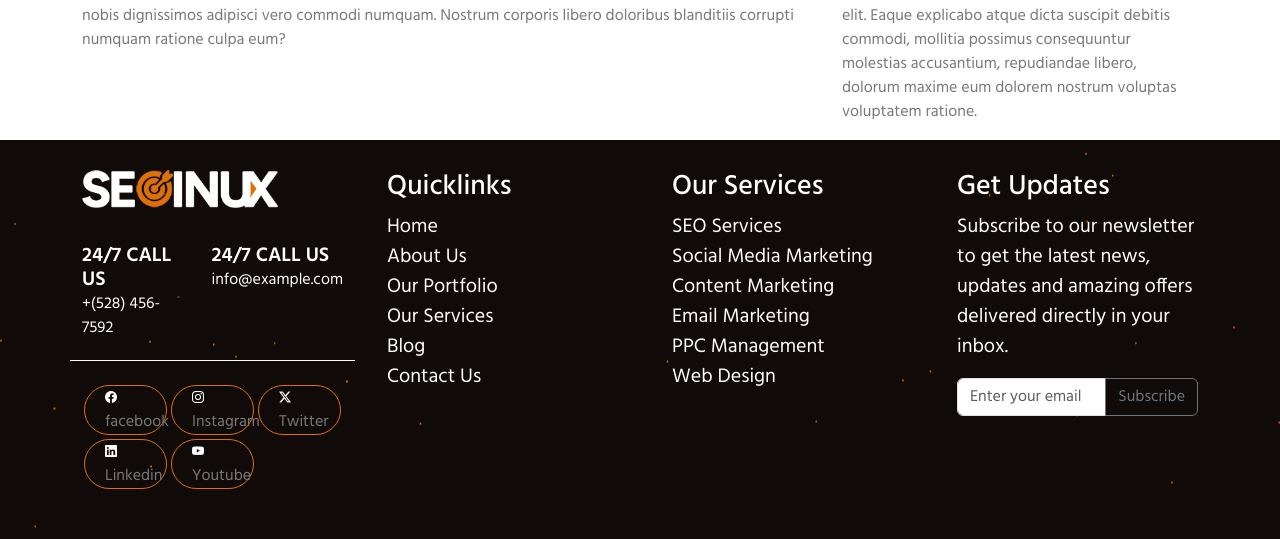
Repository: tagnam/seoinox
Page: about.html
An editor plug-in stored every save of this project. The page is shown before and after a run of saves, followed by the edit.
The browser window is 1280 px wide. The pictures show the part of the page from y = 3019 to 3631 px (the page is 3558 px tall before and 3631 px after).
A picture or video elsewhere on the page could not be fetched, so the positions and the page height are approximate. Backgrounds fixed to the window are drawn as part of the page.

Above is the page before, as saved 2025-02-26 11:03:23.

### about.html
<!DOCTYPE html>
<html lang="en">
<head>
    <meta charset="UTF-8">
    <meta name="viewport" content="width=device-width, initial-scale=1.0">
    <title>SEOINOX</title>
    <link href="https://cdn.jsdelivr.net/npm/bootstrap@5.3.3/dist/css/bootstrap.min.css" rel="stylesheet" integrity="sha384-QWTKZyjpPEjISv5WaRU9OFeRpok6YctnYmDr5pNlyT2bRjXh0JMhjY6hW+ALEwIH" crossorigin="anonymous">
    <link rel="stylesheet" href="style/css/style.css">
    <link rel="stylesheet" href="style/css/responsive.css">
    <link rel="stylesheet" href="style/css/animation.css">
</head>


<body>
  <header>
    <nav class="navbar navbar-expand-lg ">
        <div class="container-fluid">
          <a class="navbar-brand" href="#"><img src="images/main-logo-sec.png" width="100%" alt=""></a>
          <button class="navbar-toggler" type="button" data-bs-toggle="collapse" data-bs-target="#navbarSupportedContent" aria-controls="navbarSupportedContent" aria-expanded="false" aria-label="Toggle navigation">
            <span class="navbar-toggler-icon"></span>
          </button>
          <div class="collapse navbar-collapse custom-navbar-collapse" id="navbarSupportedContent">
            <ul class="navbar-nav custom-navbar-nav">
              <li class="nav-item">
                <a class="nav-link active" aria-current="page" href="/">Home</a>
              </li>
              <li class="nav-item">
                <a class="nav-link" href="about.html">About US</a>
              </li>
              <li class="nav-item">
                <a class="nav-link" href="portfolio.html">Our Portfolio</a>
              </li>
              <li class="nav-item">
                <a class="nav-link" href="service.html">Our Services</a>
              </li>
              <li class="nav-item">
                <a class="nav-link" href="blog.html">Blog</a>
              </li>
              <li class="nav-item">
                <a class="nav-link" href="contact.html">Contact Us</a>
              </li>
            </ul>
            <div class="d-flex" role="search">
                    <div class="menu-icon">
                        <div class="menu-icon-item"> </div>
                        <div class="menu-icon-item"></div>
                        <div class="menu-icon-item"></div>
                    </div>
            </div>
          </div>
        </div>
      </nav>
  </header>


<!--====================================== start hero section  ============================-->
 <section class="inner-page-hero-section">
    <div class="container">
        <div class="row">
                <div class="col-lg-12" style="z-index: 10;">
                    <div class="page-title">
                        <h2> About Us</h2>
                    </div>
                </div>
        </div>
    </div>
    <div class="overlay"></div>
 </section>

<!--====================================== end hero section  ============================-->

  <!--====================================== start about section  ============================-->
  <section class="about-section">
    <div class="container">
      <div class="row">
        <div class="col-lg-6" style="height: 800px;">
          <div class="about-img-container">
            <img src="images/about-image.png" alt="">
          </div>
        </div>
        <div class="col-lg-6">

          <div class="about-content-container">
            <div class="about-content">
              <h2 class="about-main-heading" style="text-align: start;">About Us</h2>
              <p class="about-sub-heading" style="text-align: start ; line-height: 80px;">Lorem ipsum dolor sit amet</p>
          </div>
          <p>At the core of our journey lies a commitment to driving growth fueled by a combination of expertise and passion. We believe growth is not just about numbers—it's about creating meaningful impact, fostering innovation, and building relationships that last. Our team brings a wealth of knowledge, experience, and dedication to every project.</p>
          <div class="about-card card">
            <div class="row g-4">
              <div class="col" style="background-color: #F7F7F7; border-radius: 15px;  ">
                <div class="card-body mission-vission">
                  <h5 class="card-title">Our Mission</h5>
                  <p class="card-text">Lorem ipsum dolor sit amet, consectetur adipiscing elit. </p>
                </div>
              </div>
              <div class="col" >
                <div class="card-body mission-vission">
                  <h5 class="card-title">Our Vision</h5>
                  <p class="card-text">Lorem ipsum dolor sit amet, consectetur adipiscing elit. </p>
                </div>
              </div>
            </div>
          </div>
        </div>
        </div>
      </div>
    </div>
  </section>

    <!--====================================== end about section  ============================-->
    <div class="clearfix"></div>


    <!--====================================== start choice  section  ============================-->

<section class="ab-page-choice-section">
<div class="container">
  <div class="row">
    <div class="col-lg-6" style="padding: 0px 50px;">
      <div class="about-content" >
        <h2 class="about-main-heading" style="text-align: start;">About Us</h2>
        <p class="about-sub-heading" style="text-align: start ; line-height: 80px; color: #fff;">Lorem ipsum dolor sit amet</p>
        <p style="text-align: start; color: #F7F7F7;">At the core of our journey lies a commitment to driving growth fueled by a combination of expertise and passion. We believe growth is not just about numbers—it's about creating meaningful impact, fostering innovation, and building relationships that last. Our team brings a wealth of knowledge, experience, and dedication to every project.</p>

    </div>
    </div>
    <div class="col-lg-6" style="padding: 0px 50px;">
      <div class="row row-cols-1 row-cols-md-2 g-4">
        <div class="col">
            <div class="card-body" style="color: #fff;">
              <h5 class="card-title choice-num">60<span>M</span></h5>
              <p class="card-text">Lorem ipsum dolor sit amet, consectetur adipiscing elit. </p>
          </div>
        </div>
        <div class="col">
          <div class="card-body" style="color: #fff;">
            <h5 class="card-title choice-num">80<span>%</span></h5>
            <p class="card-text">Lorem ipsum dolor sit amet, consectetur adipiscing elit. </p>
        </div>
        </div>
        <div class="col">
          <div class="card-body" style="color: #fff;">
            <h5 class="card-title choice-num">95<span>%</span> </h5>
            <p class="card-text">Lorem ipsum dolor sit amet, consectetur adipiscing elit. </p>
        </div>
        </div>
        <div class="col">
          <div class="card-body" style="color: #fff;">
            <h5 class="card-title choice-num">75<span>K</span> </h5>
            <p class="card-text">Lorem ipsum dolor sit amet, consectetur adipiscing elit. </p>
        </div>
        </div>
      </div>
    </div>
  </div>
</div>

</section>

        <!--====================================== end choice section  ============================-->

  <!--====================================== start choose section  ============================-->


  <section class="choose-section">
    <div class="container">
      <div class="row">
          <div class="col-lg-6 d-flex align-items-center">
              <div class="about-content">
                  <h2 class="about-main-heading" style="text-align: start;">Why Choose Us</h2>
                  <p class="about-sub-heading" style="text-align: start; font-size: 50px;">Lorem ipsum dolor sit amet</p>
                  <p  style="text-align: start;">Lorem ipsum dolor sit amet consectetur adipisicing elit. Eveniet, impedit ipsum laborum reiciendis numquam, fugit asperiores quaerat blanditiis voluptate deleniti rerum quae est accusantium dolor quibusdam repellendus in cumque ut!</p>

              </div>
          </div>
          <div class="col-lg-6">
            <div class="chooise-card-container">
              <div class="card chooise-card mb-5" >
                <div class="row g-0">
                  <div class="col-md-3">
                    <div class="choice-img-container">
                      <img src="images/step1.png" class="img-fluid" alt="...">
                    </div>
                  </div>
                  <div class="col-md-9">
                    <div class="card-body">
                      <h5 class="card-title choice-title">Card title</h5>
                      <p class="card-text">This is a wider card with supporting text below as a natural lead-in to additional content. This content is a little bit longer.</p>
                    </div>
                  </div>
                </div>
              </div>
              <div class="card chooise-card mb-5" >
                <div class="row g-0">
                  <div class="col-md-3">
                    <div class="choice-img-container">
                      <img src="images/step1.png" class="img-fluid" alt="...">
                    </div>
                  </div>
                  <div class="col-md-9">
                    <div class="card-body">
                      <h5 class="card-title choice-title">Card title</h5>
                      <p class="card-text">This is a wider card with supporting text below as a natural lead-in to additional content. This content is a little bit longer.</p>
                    </div>
                  </div>
                </div>
              </div>
              <div class="card chooise-card mb-5" >
                <div class="row g-0">
                  <div class="col-md-3">
                    <div class="choice-img-container">
                      <img src="images/step1.png" class="img-fluid" alt="...">
                    </div>
                  </div>
                  <div class="col-md-9">
                    <div class="card-body">
                      <h5 class="card-title choice-title">Card title</h5>
                      <p class="card-text">This is a wider card with supporting text below as a natural lead-in to additional content. This content is a little bit longer.</p>
                    </div>
                  </div>
                </div>
              </div>
              <div class="card chooise-card mb-5" >
                <div class="row g-0">
                  <div class="col-md-3">
                    <div class="choice-img-container">
                      <img src="images/step1.png" class="img-fluid" alt="...">
                    </div>
                  </div>
                  <div class="col-md-9">
                    <div class="card-body">
                      <h5 class="card-title choice-title">Card title</h5>
                      <p class="card-text">This is a wider card with supporting text below as a natural lead-in to additional content. This content is a little bit longer.</p>
                    </div>
                  </div>
                </div>
              </div>
            </div>
          </div>
      </div>
  </div>
</section>

  <!--====================================== end choose section  ============================-->
  <div class="clearfix"></div>

  <!--====================================== start team section  ============================-->

  <section>
    <div class="container">
      <div class="row">
        <div class="col-lg-8">
          <p>Lorem ipsum, dolor sit amet consectetur adipisicing elit. Aliquam cupiditate vitae iusto omnis nostrum nobis dignissimos adipisci vero commodi numquam. Nostrum corporis libero doloribus blanditiis corrupti numquam ratione culpa eum?</p>
        </div>
        <div class="col-lg-4">
          <p>Lorem ipsum dolor sit amet consectetur adipisicing elit. Eaque explicabo atque dicta suscipit debitis commodi, mollitia possimus consequuntur molestias accusantium, repudiandae libero, dolorum maxime eum dolorem nostrum voluptas voluptatem ratione.</p>
        </div>
      </div>
    </div>
  </section>
  <!--====================================== end team section  ============================-->











<footer>
  <div class="container">
    <div class="row">
      <div class="col">
        <figure>
          <img src="images/main-logo.png" alt="" style="width: 75%;">
        </figure>
        <div class="row" style="padding: 20px 0px; border-bottom: 1px solid #fff;">
          <div class="col">
            <h4 class="footer-heading">24/7 CALL US</h4>
            <a href="" class="footer-link">+(528) 456-7592</a>
          </div>
          <div class="col">
            <h4 class="footer-heading">24/7 CALL US</h4>
            <a href="" class="footer-link">info@example.com</a>
          </div>
        </div>
        <div class="social-container row-cols-md-3  row g-1">
          <div class="col">
            <div class="social-icon"> <span><i class="bi bi-facebook"></i></span> facebook </div>
          </div>
          <div class="col">
            <div class="social-icon"> <span><i class="bi bi-instagram"></i></span> Instagram </div>
          </div>
          <div class="col">
            <div class="social-icon"> <span><i class="bi bi-twitter-x"></i></span> Twitter </div>
          </div>
          <div class="col">
            <div class="social-icon"> <span><i class="bi bi-linkedin"></i></span> Linkedin</div>
          </div>
          <div class="col">
            <div class="social-icon"> <span><i class="bi bi-youtube"></i></span> Youtube</div>
          </div>
        </div>
      </div>
      <div class="col">
          <div class="footer-content-heading">
              <h3><i class="ri-circle-fill"></i> Quicklinks</h3>
              <ul class="footer-list">
                <li><i class="ri-arrow-right-double-line"></i> <a class="footer-link" href="">Home</a></li>
                <li><i class="ri-arrow-right-double-line"></i> <a class="footer-link" href="">About Us</a></li>
                <li><i class="ri-arrow-right-double-line"></i> <a class="footer-link" href="">Our Portfolio</a></li>
                <li><i class="ri-arrow-right-double-line"></i> <a class="footer-link" href="">Our Services</a></li>
                <li><i class="ri-arrow-right-double-line"></i> <a class="footer-link" href="">Blog</a></li>
                <li><i class="ri-arrow-right-double-line"></i> <a class="footer-link" href="">Contact Us</a></li>
          </div>
      </div>
      <div class="col">
        <div class="footer-content-heading">
          <h3><i class="ri-circle-fill"></i> Our Services</h3>
            <ul class="footer-list">
              <li><i class="ri-arrow-right-double-line"></i> <a class="footer-link" href="">SEO Services</a></li>
              <li><i class="ri-arrow-right-double-line"></i> <a class="footer-link" href="">Social Media Marketing</a></li>
              <li><i class="ri-arrow-right-double-line"></i> <a class="footer-link" href="">Content Marketing</a></li>
              <li><i class="ri-arrow-right-double-line"></i> <a class="footer-link" href="">Email Marketing</a></li>
              <li><i class="ri-arrow-right-double-line"></i> <a class="footer-link" href="">PPC Management</a></li>
              <li><i class="ri-arrow-right-double-line"></i> <a class="footer-link" href="">Web Design</a></li>
            </ul>
      </div>
      </div>
      <div class="col">
        <div class="footer-content-heading">
          <h3><i class="ri-circle-fill"></i> Get Updates</h3>
          <p>Subscribe to our newsletter to get the latest news, updates and amazing offers delivered directly in your inbox.</p>
          <form action="">
            <div class="input-group mb-3">
              <input type="text" class="form-control" placeholder="Enter your email" aria-label="Recipient's username" aria-describedby="button-addon2">
              <button class="btn btn-outline-secondary" type="button" id="button-addon2">Subscribe</button>
            </div>
          </form>

      </div>
      </div>
    </div>
  </div>
</footer>
<script src="https://cdn.jsdelivr.net/npm/bootstrap@5.3.3/dist/js/bootstrap.bundle.min.js" integrity="sha384-YvpcrYf0tY3lHB60NNkmXc5s9fDVZLESaAA55NDzOxhy9GkcIdslK1eN7N6jIeHz" crossorigin="anonymous"></script>
<script src="https://unpkg.com/@studio-freight/lenis@1.0.42/dist/lenis.min.js"></script>

<script src="style/js/custom.js"></script>
</body>
</html>

Loaded but not shown: style/js/custom.js (12 lines, source omitted); style/css/style.css (593 lines, source omitted); style/css/responsive.css (no stored copy; drawn as an empty file); style/css/animation.css (no stored copy; drawn as an empty file)

After the next 2 saves:
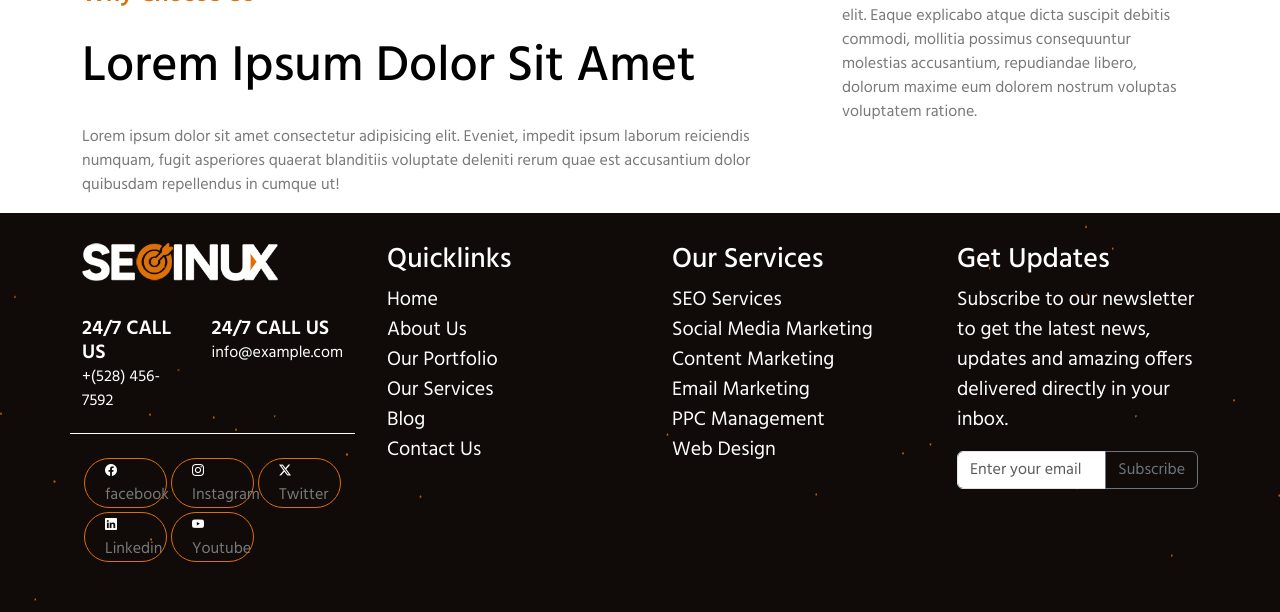
The 2 saves are shown as one change because they came seconds apart.
The last was saved 37 s later.
--- a/about.html
+++ b/about.html
@@ -251,7 +251,12 @@
     <div class="container">
       <div class="row">
         <div class="col-lg-8">
-          <p>Lorem ipsum, dolor sit amet consectetur adipisicing elit. Aliquam cupiditate vitae iusto omnis nostrum nobis dignissimos adipisci vero commodi numquam. Nostrum corporis libero doloribus blanditiis corrupti numquam ratione culpa eum?</p>
+          <div class="about-content">
+            <h2 class="about-main-heading" style="text-align: start;">Why Choose Us</h2>
+            <p class="about-sub-heading" style="text-align: start; font-size: 50px;">Lorem ipsum dolor sit amet</p>
+            <p  style="text-align: start;">Lorem ipsum dolor sit amet consectetur adipisicing elit. Eveniet, impedit ipsum laborum reiciendis numquam, fugit asperiores quaerat blanditiis voluptate deleniti rerum quae est accusantium dolor quibusdam repellendus in cumque ut!</p>
+
+        </div>
         </div>
         <div class="col-lg-4">
           <p>Lorem ipsum dolor sit amet consectetur adipisicing elit. Eaque explicabo atque dicta suscipit debitis commodi, mollitia possimus consequuntur molestias accusantium, repudiandae libero, dolorum maxime eum dolorem nostrum voluptas voluptatem ratione.</p>
